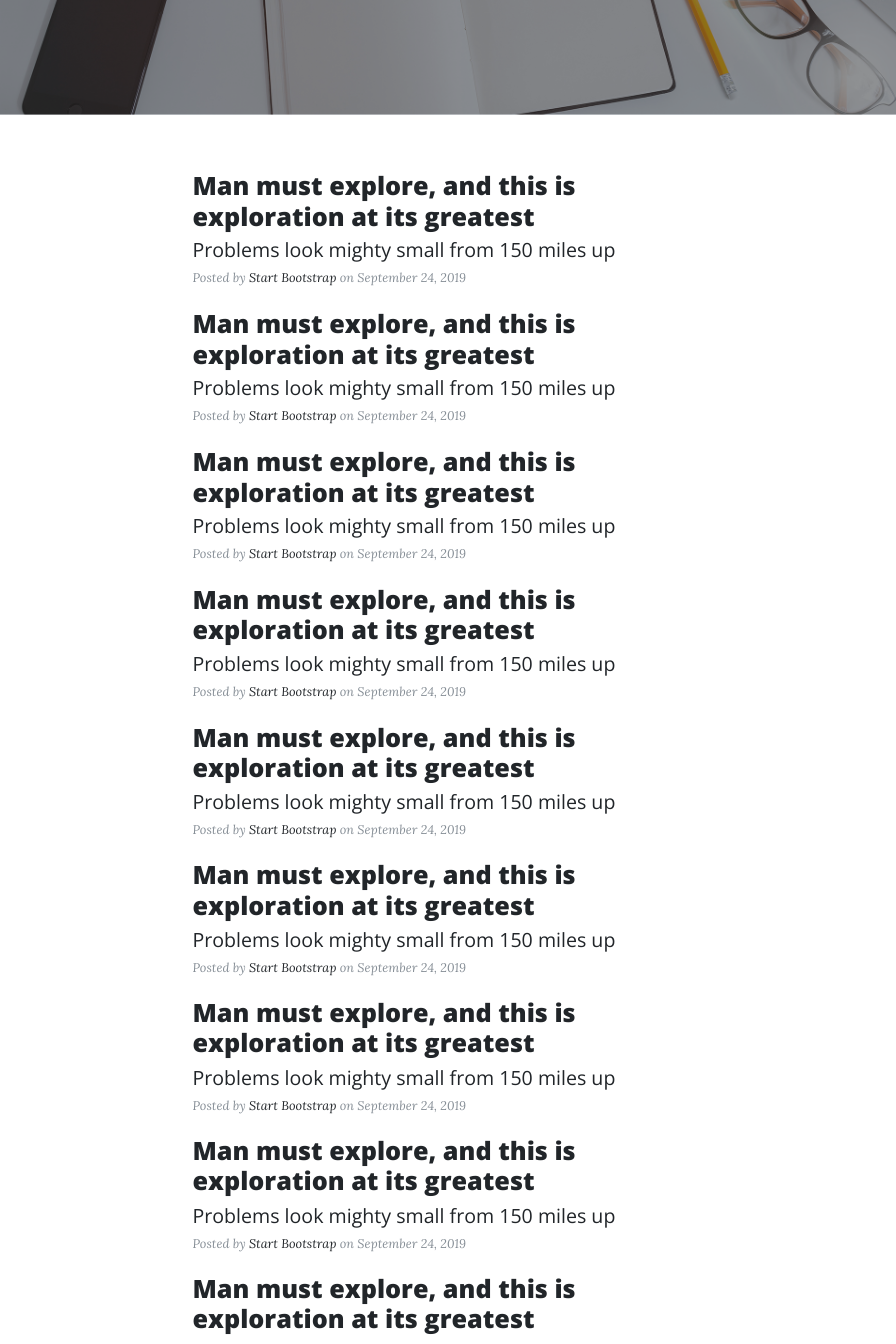
Repository: elvinyeka/elvin-blog
Page: http://localhost/
An editor plug-in stored every save of this project. The page is shown before and after the next save, followed by the edit.
The browser window is 1280 px wide. The pictures show the part of the page from y = 369 to 2289 px (the page is 3372 px tall before and 3295 px after), at 70% of full size.
The page is served by the project's application, run on Flask 3 (CLEANBLOG/__init__.py). The page reads the database file committed with the project.

Above is the page before, as saved 2020-10-18 22:48:05.

After the next save:
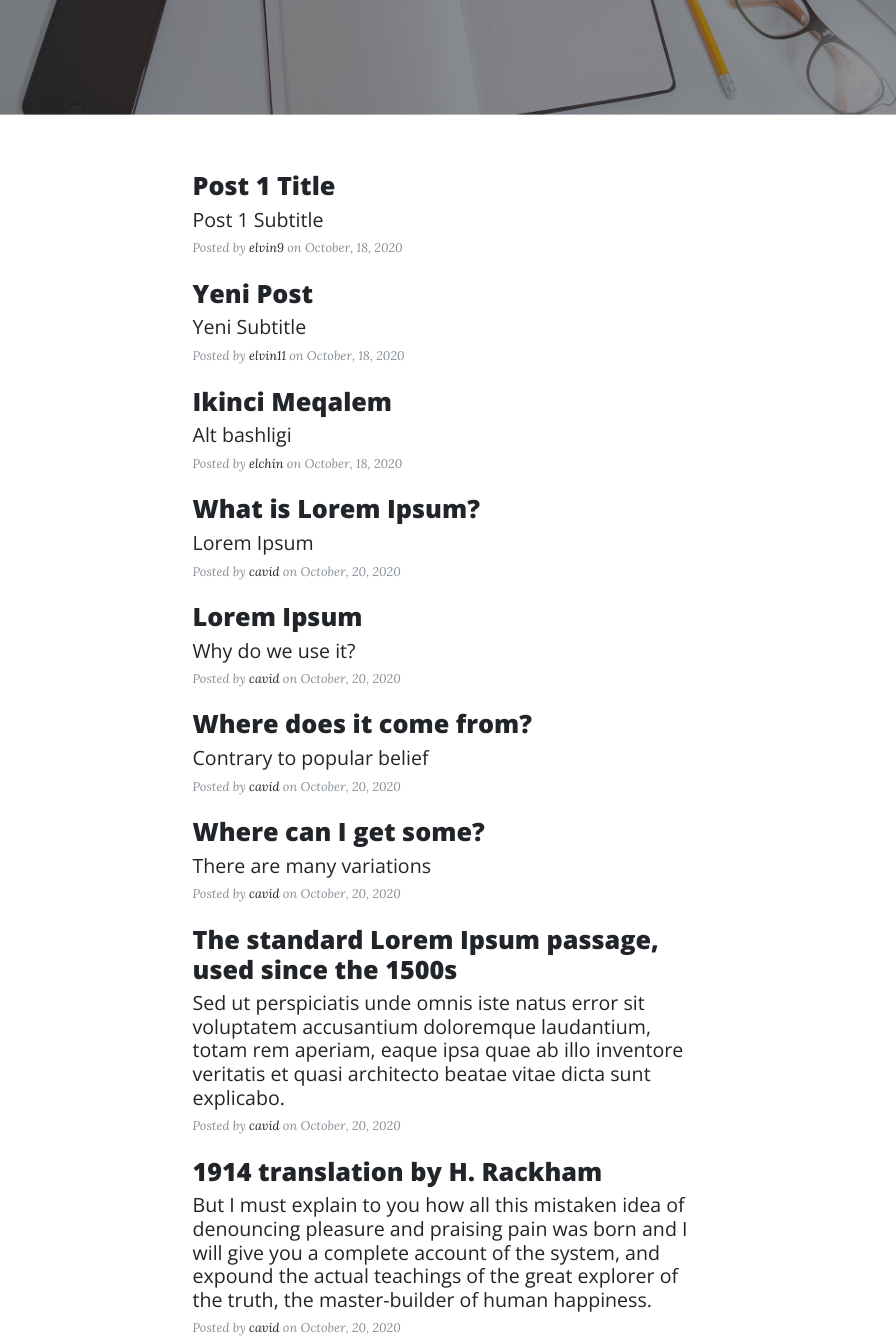
Saved 3 min 11 s later.
--- a/CLEANBLOG/templates/index.html
+++ b/CLEANBLOG/templates/index.html
@@ -34,18 +34,18 @@
         <div class="col-lg-8 col-md-10 mx-auto">
 
             {% for post in posts %}
-            <div class="post-preview">
-                <a href="post.html">
-                    <h2 class="post-title">
-                        Man must explore, and this is exploration at its greatest
-                    </h2>
-                    <h3 class="post-subtitle">
-                        Problems look mighty small from 150 miles up
-                    </h3>
-                </a>
-                <p class="post-meta">Posted by
-                    <a href="#">Start Bootstrap</a> on September 24, 2019</p>
-            </div>
+                <div class="post-preview">
+                    <a href="post.html">
+                        <h2 class="post-title">
+                            {{post.title}}
+                        </h2>
+                        <h3 class="post-subtitle">
+                            {{post.subtitle}}
+                        </h3>
+                    </a>
+                    <p class="post-meta">Posted by
+                        <a href="#">{{post.user.name}}</a> on {{post.post_date.strftime('%B, %d, %Y')}}</p>
+                </div>
 
             {% endfor %}
 
